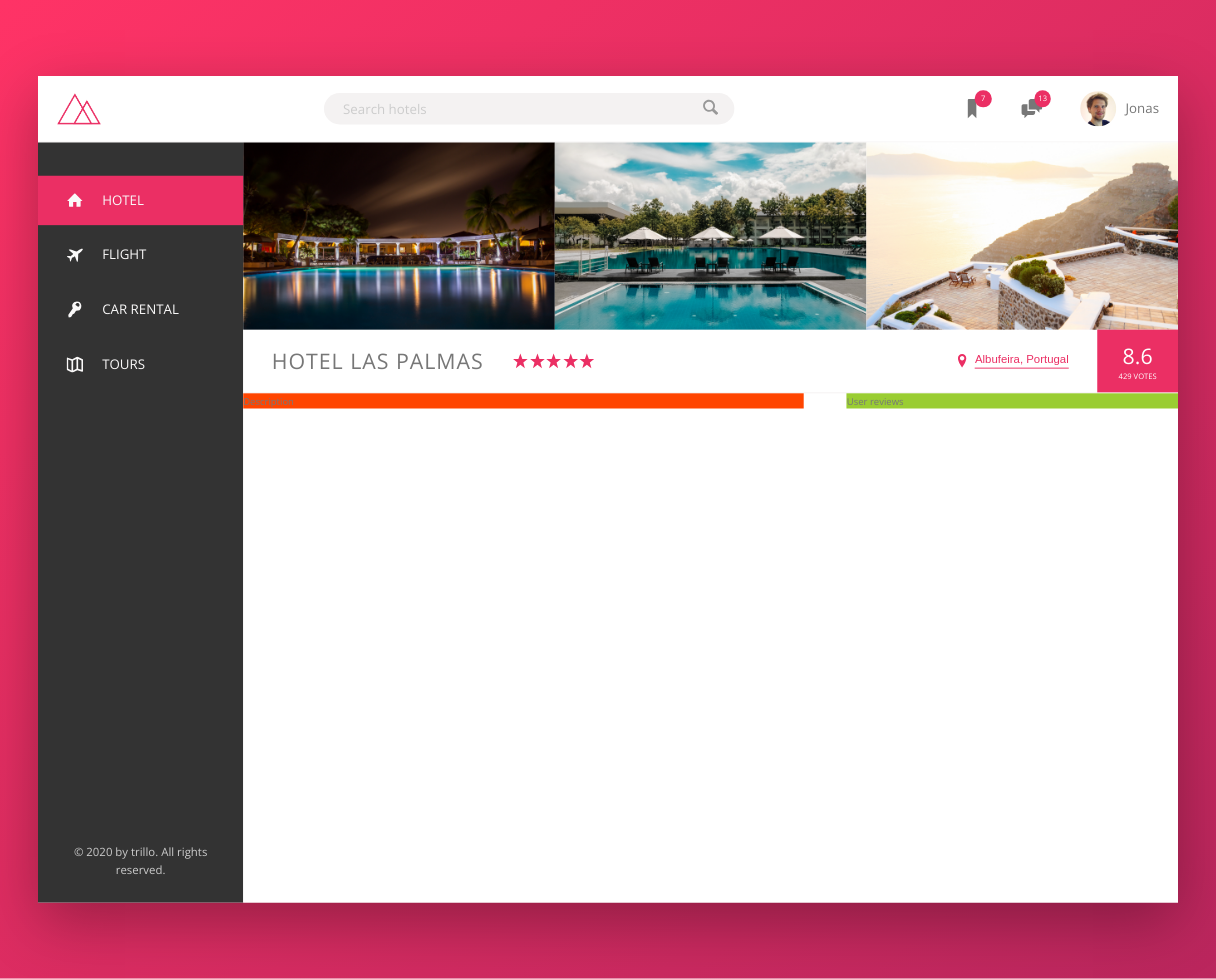
Repository: Lithium87/Trillo
Page: index.html
An editor plug-in stored every save of this project. The page is shown before and after the next save, followed by the edit.
The browser window is 1280 px wide. The pictures show the whole page, at 95% of full size.
The style sheet was rebuilt from its Sass, Less or Tailwind sources for each picture, by a compiler version that may differ from the author's.

Above is the page before, as saved 2020-05-16 23:11:39.

After the next save:
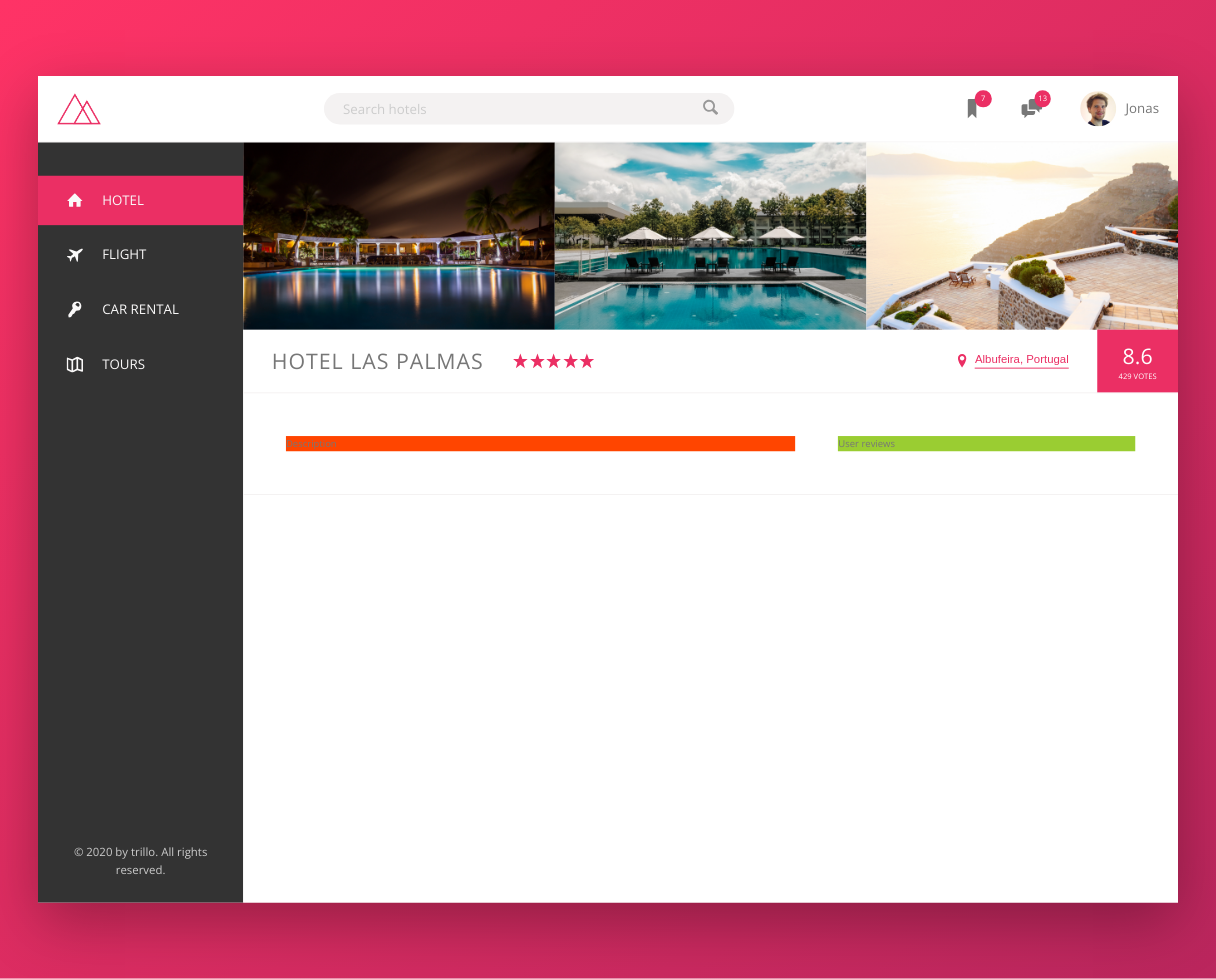
Saved 107 s later.
--- a/sass/_layout.scss
+++ b/sass/_layout.scss
@@ -10,7 +10,7 @@
     font-size: 1.4rem;
     height: 7rem;
     background-color: #fff;
-    border-bottom: 1px solid var(--color-grey-light-2);
+    border-bottom: var(--line);
     display: flex;
     justify-content: space-between;
     align-items: center;
@@ -36,6 +36,8 @@
 
 .detail {
     display: flex;
+    padding: 4.5rem;
+    border-bottom: var(--line);
 }
 
 .description {
